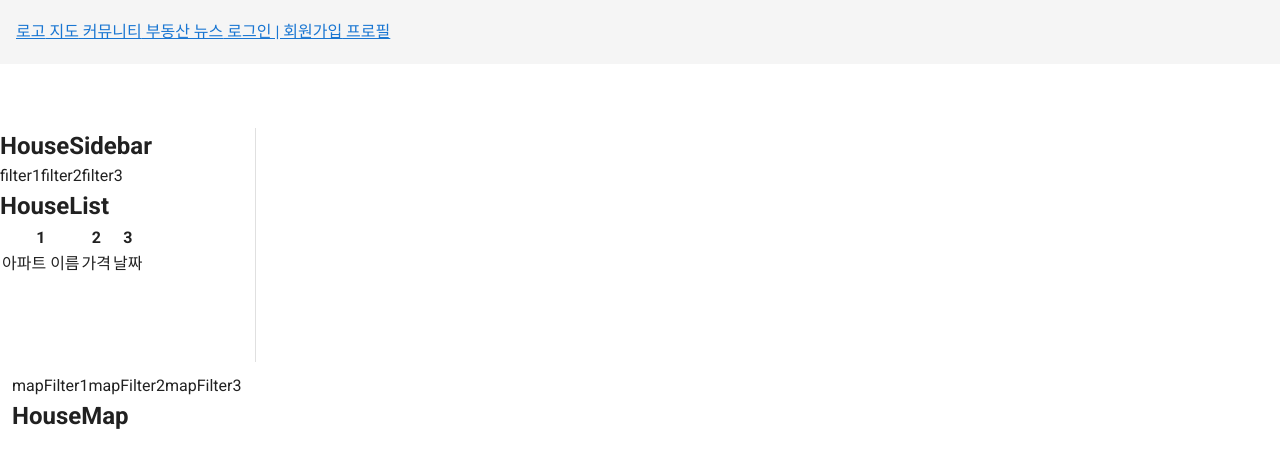
Repository: misso88/vue-whereIsMyHome
Page: /map
The author's editor kept a copy of each file at every save. The page is drawn from the files as they stood at one save, then again after the next save.
The browser window is 1280 px wide. The pictures show the whole page.
The project was rebuilt for these pictures with package versions that can differ from the ones it lists, and the page was loaded fresh each time. Also part of the build but not shown: vue.config.js, src/views/AppMain.vue, src/views/AppNews.vue.

Above is the page before, as saved 2022-11-16 10:20:24.

### public/index.html
<!DOCTYPE html>
<html lang="en">
  <head>
    <meta charset="utf-8" />
    <meta http-equiv="X-UA-Compatible" content="IE=edge" />
    <meta name="viewport" content="width=device-width,initial-scale=1.0" />
    <link rel="icon" href="<%= BASE_URL %>favicon.ico" />
    <title><%= htmlWebpackPlugin.options.title %></title>
    <link
      rel="stylesheet"
      href="https://fonts.googleapis.com/css?family=Roboto:100,300,400,500,700,900"
    />
    <link
      rel="stylesheet"
      href="https://cdn.jsdelivr.net/npm/@mdi/font@latest/css/materialdesignicons.min.css"
    />
    <link
      rel="stylesheet"
      href="https://fonts.googleapis.com/css?family=Roboto:100,300,400,500,700,900"
    />
    <link
      rel="stylesheet"
      href="https://cdn.jsdelivr.net/npm/@mdi/font@latest/css/materialdesignicons.min.css"
    />
    <!-- <style>
      html{
        overflow-y: hidden !important;
      }
    </style> -->
  </head>
  <body>
    <noscript>
      <strong
        >We're sorry but <%= htmlWebpackPlugin.options.title %> doesn't work properly without
        JavaScript enabled. Please enable it to continue.</strong
      >
    </noscript>
    <div id="app"></div>
    <!-- built files will be auto injected -->
  </body>
</html>

### src/App.vue
<template>
  <v-app>
    <v-app-bar app elevation="0" >
      <the-header></the-header>
    </v-app-bar>
    <v-main>
      <router-view></router-view>
    </v-main>
    <v-footer app></v-footer>
  </v-app>
</template>

<script>
import TheHeader from "@/components/layout/TheHeader";

export default {
  name: "App",
  components: {
    TheHeader,
  },
};
</script>

### src/router/index.js
import Vue from 'vue'
import VueRouter from 'vue-router'

import AppMain from '@/views/AppMain'
import AppHouse from '@/views/AppHouse'
// import AppCommunity from '@/views/AppCommunity'
import AppNews from '@/views/AppNews'
// import AppMember from '@/views/AppMember'


Vue.use(VueRouter)

const routes = [
  {
    path: '/',
    name: 'main',
    component: AppMain
  },
  {
    path: '/map',
    name: 'map',
    component: AppHouse
  },
  {
    path: '/community',
    name: 'community',
    component: () => import("@/views/AppCommunity"),
    redirect: "/community/list",
    children: [
      {
        path: "list",
        name: "boardlist",
        component: () => import("@/components/board/BoardList")
      },
    ]
  },
  {
    path: '/news',
    name: 'news',
    component: AppNews
  },
  {
    path: '/member',
    name: 'member',
    component: () => import("@/views/AppMember"),
    children: [
      {
        path: "login",
        name: "login",
        component: () => import("@/components/member/MemberLogin")
      },
      {
        path: "join",
        name: "join",
        component: () => import("@/components/member/MemberJoin")
      },
    ]
  },
  {
    path: "/profile",
    name: "profile",
    component: () => import("@/views/TempProfile"),
    children: [
      {
        path: "mypage",
        name: "mypage",
        component: () => import("@/components/profile/ProfileMypage")
      },
      {
        path: "wishlist",
        name: "wishlist",
        component: () => import("@/components/profile/ProfileWishlist")
      },
      {
        path: "notice",
        name: "notice",
        component: () => import("@/components/profile/ProfileNotice")
      },
      {
        path: "helpcenter",
        name: "helpcenter",
        component: () => import("@/components/profile/ProfileHelpcenter")
      },
    ]
  },
]

const router = new VueRouter({
  mode: 'history',
  base: process.env.BASE_URL,
  routes
})

export default router

### src/store/index.js
import Vue from 'vue'
import Vuex from 'vuex'
import createPersistedState from "vuex-persistedstate";

Vue.use(Vuex)

export default new Vuex.Store({
  state: {
    type: null,
  },
  getters: {
  },
  mutations: {
    SET_TYPE (state, type) {
      state.type = type;
    },
  },
  actions: {
  },
  modules: {},
  plugins: [
    createPersistedState({
      // 브라우저 종료시 제거하기 위해 localStorage가 아닌 sessionStorage로 변경. (default: localStorage)
      storage: sessionStorage,
    }),
  ],

})

### src/components/layout/TheHeader.vue
<template>
  <div>
    <router-link :to="{ name: 'main' }" > 로고</router-link>
    <router-link :to="{ name: 'map'}" > 지도</router-link>
    <router-link :to="{ name: 'community'}" > 커뮤니티</router-link>
    <router-link :to="{ name: 'news'}" > 부동산 뉴스</router-link>
    <router-link :to="{ name: 'login'}" > 로그인 | 회원가입</router-link>
    <router-link :to="{ name: 'profile'}" > 프로필</router-link>
  </div>
</template>

<script>
export default {
    name: "TheHeader",
    data() {
        return {};
    }
}
</script>

<style>

</style>

### src/views/AppHouse.vue
<template>
  <v-main>
    <v-navigation-drawer permanent clipped>
      <house-sidebar></house-sidebar>
    </v-navigation-drawer>
    <v-container fluid>
      <house-map></house-map>
    </v-container>
  </v-main>
</template>

<script>
import HouseSidebar from "@/components/house/sidebar/HouseSidebar";
import HouseMap from "@/components/house/map/HouseMap";

export default {
  name: "AppHouse",
  components: {
    HouseSidebar,
    HouseMap
  }
};
</script>

<style>

</style>

### src/components/house/sidebar/HouseSidebar.vue
<template>
  <div>
    <h2>HouseSidebar</h2>
    <house-list-filter></house-list-filter>
    <house-list></house-list>
  </div>
</template>

<script>
import HouseList from "@/components/house/sidebar/HouseList";
import HouseListFilter from "@/components/house/sidebar/HouseListFilter";

export default {
    name: "HouseSidebar",
    components: {
        HouseList,
        HouseListFilter
    }
};
</script>

<style>

</style>

### src/components/house/map/HouseMap.vue
<template>
  <div>
    <house-map-filter></house-map-filter>
    <h2>HouseMap</h2>
  </div>
</template>

<script>
import HouseMapFilter from "@/components/house/map/HouseMapFilter";
export default {
    name: "HouseMap",
    components: {
        HouseMapFilter
    }
}
</script>

<style>

</style>

### src/components/house/sidebar/HouseList.vue
<template>
  <div>
    <h2>HouseList</h2>
    <table>
        <thead>
            <th>1</th>
            <th>2</th>
            <th>3</th>
        </thead>
        <house-list-item></house-list-item>
    </table>
    <house-detail></house-detail>
  </div>
</template>

<script>
import HouseListItem from "@/components/house/sidebar/HouseListItem";
export default {
    name: "HouseList",
    components: {
        HouseListItem
    },
};
</script>

<style>

</style>

### src/components/house/sidebar/HouseListFilter.vue
<template>
  <div>
    <button>filter1</button>
    <button>filter2</button>
    <button>filter3</button>
  </div>
</template>

<script>
export default {
    name: "HouseListFilter"
}
</script>

<style>

</style>

### src/components/house/map/HouseMapFilter.vue
<template>
  <div>
    <button>mapFilter1</button>
    <button>mapFilter2</button>
    <button>mapFilter3</button>
  </div>
</template>

<script>
export default {
    name: "HouseMapFilter"
}
</script>

<style>

</style>

### src/components/house/sidebar/HouseListItem.vue
<template>
  <tr>
    <td>아파트 이름</td>
    <td>가격</td>
    <td>날짜</td>
  </tr>
</template>

<script>
    export default {
        name: "HouseListItem",
    }
</script>

<style>

</style>

Loaded but not shown: src/main.js (common file); src/plugins/vuetify.js (common file)

After the next save:
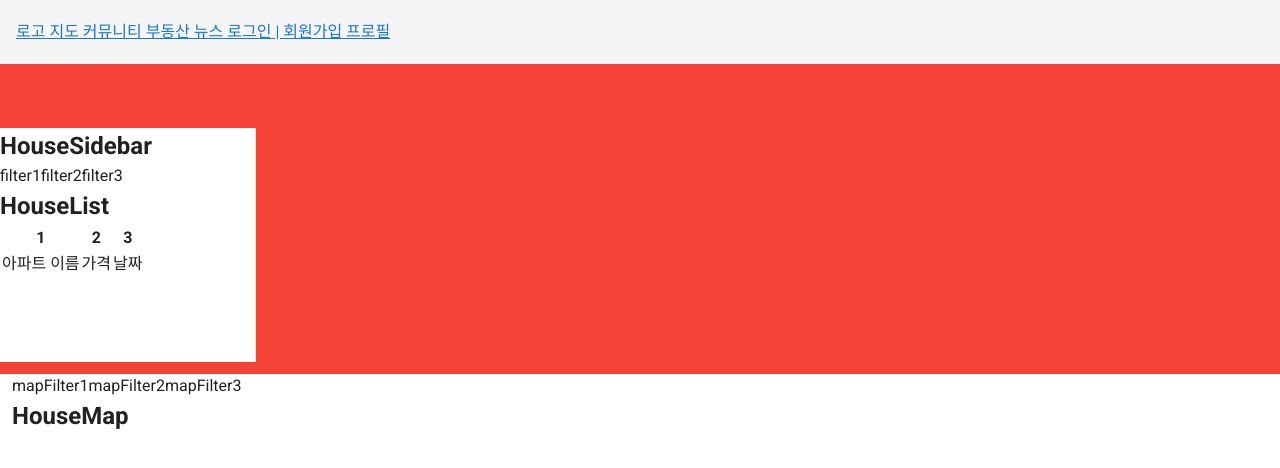
Saved 10 s later.
--- a/src/views/AppHouse.vue
+++ b/src/views/AppHouse.vue
@@ -1,5 +1,5 @@
 <template>
-  <v-main>
+  <v-main class="red">
     <v-navigation-drawer permanent clipped>
       <house-sidebar></house-sidebar>
     </v-navigation-drawer>
